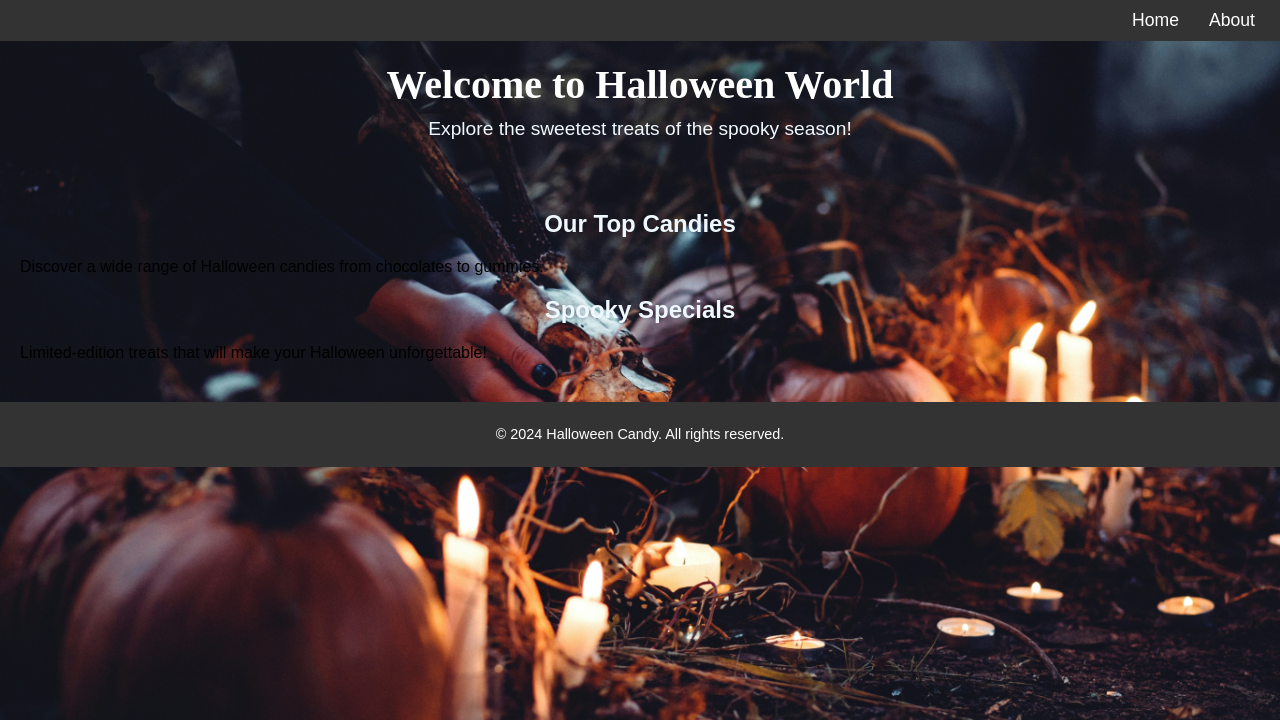
Repository: monicaifijeh/test2
Page: kyportfolio/src/indexHallo.html
The author's editor kept a copy of each file at every save. The page is drawn from the files as they stood at one save, then again after a run of saves.
The browser window is 1280 px wide. The pictures show the whole page.

Above is the page before, as saved 2024-12-20 17:37:42.

After the next 3 saves:
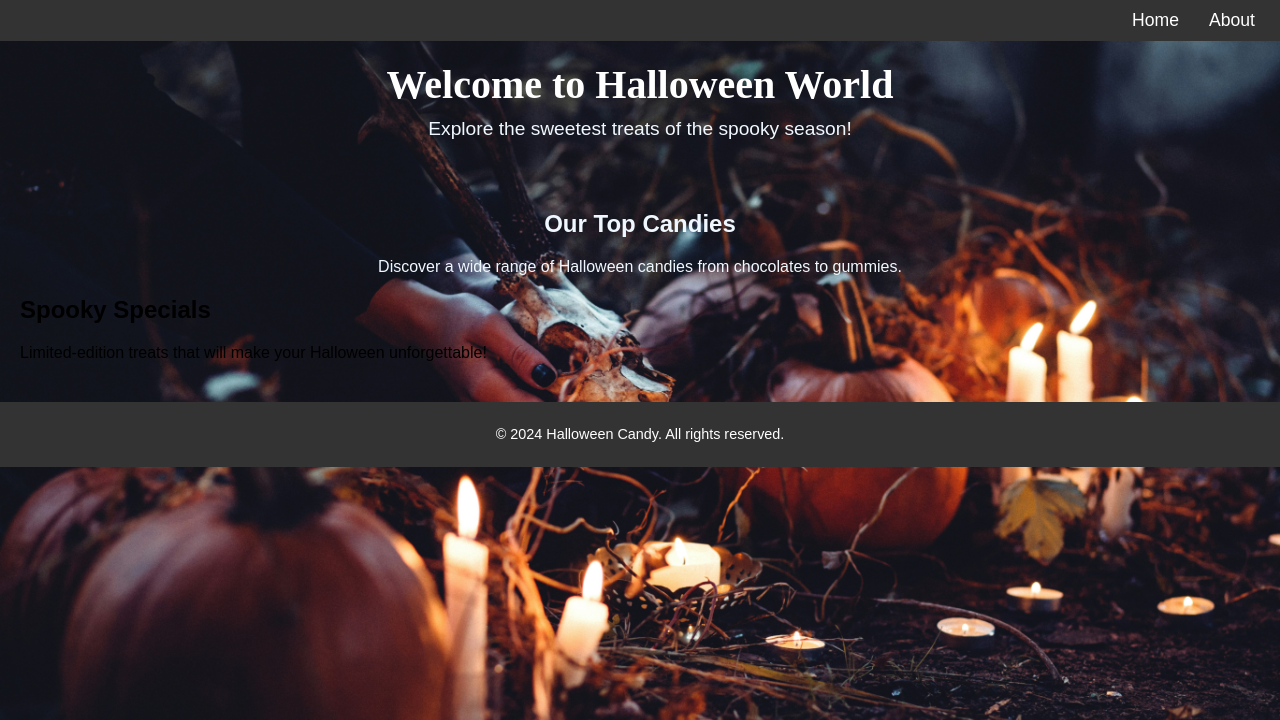
The 3 saves are shown as one change because they came seconds apart.
The last was saved 49 s later.
--- a/kyportfolio/src/kystyle.css
+++ b/kyportfolio/src/kystyle.css
@@ -19,7 +19,7 @@ header h1 {
    color: #fff;
    font-family: fantasy;
 }
-h2{
+.intro{
     color: aliceblue;
     text-align: center;
 }
